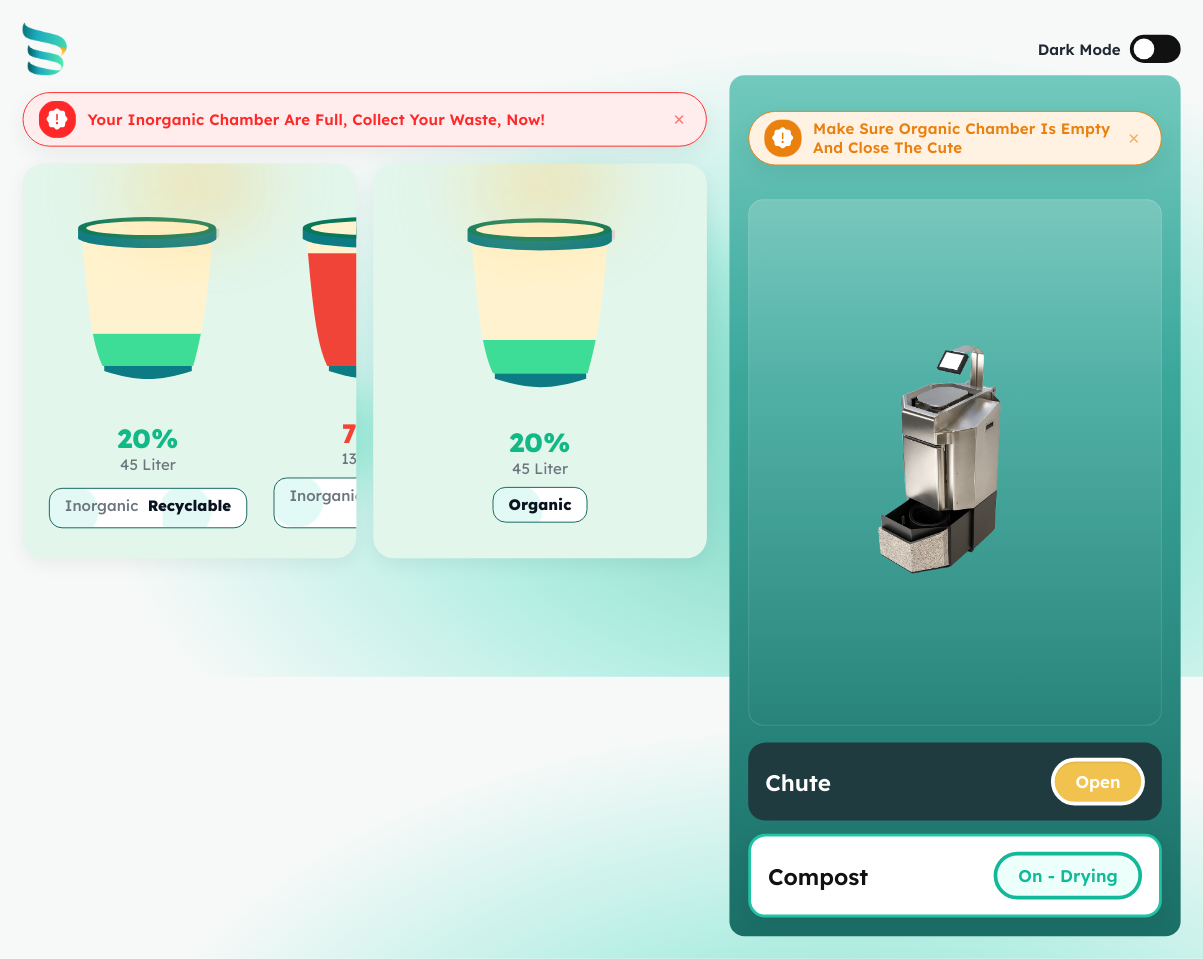
Repository: william-saputra/nusabin
Page: pages/homepage.html
These files come from the project's save history. The page is drawn as it stood at one moment and after the next save; the edit follows.
The browser window is 1280 px wide. The pictures show the whole page, at 94% of full size.
Backgrounds fixed to the window are drawn as part of the page.

Above is the page before, as saved 2025-08-12 23:37:03.

After the next save:
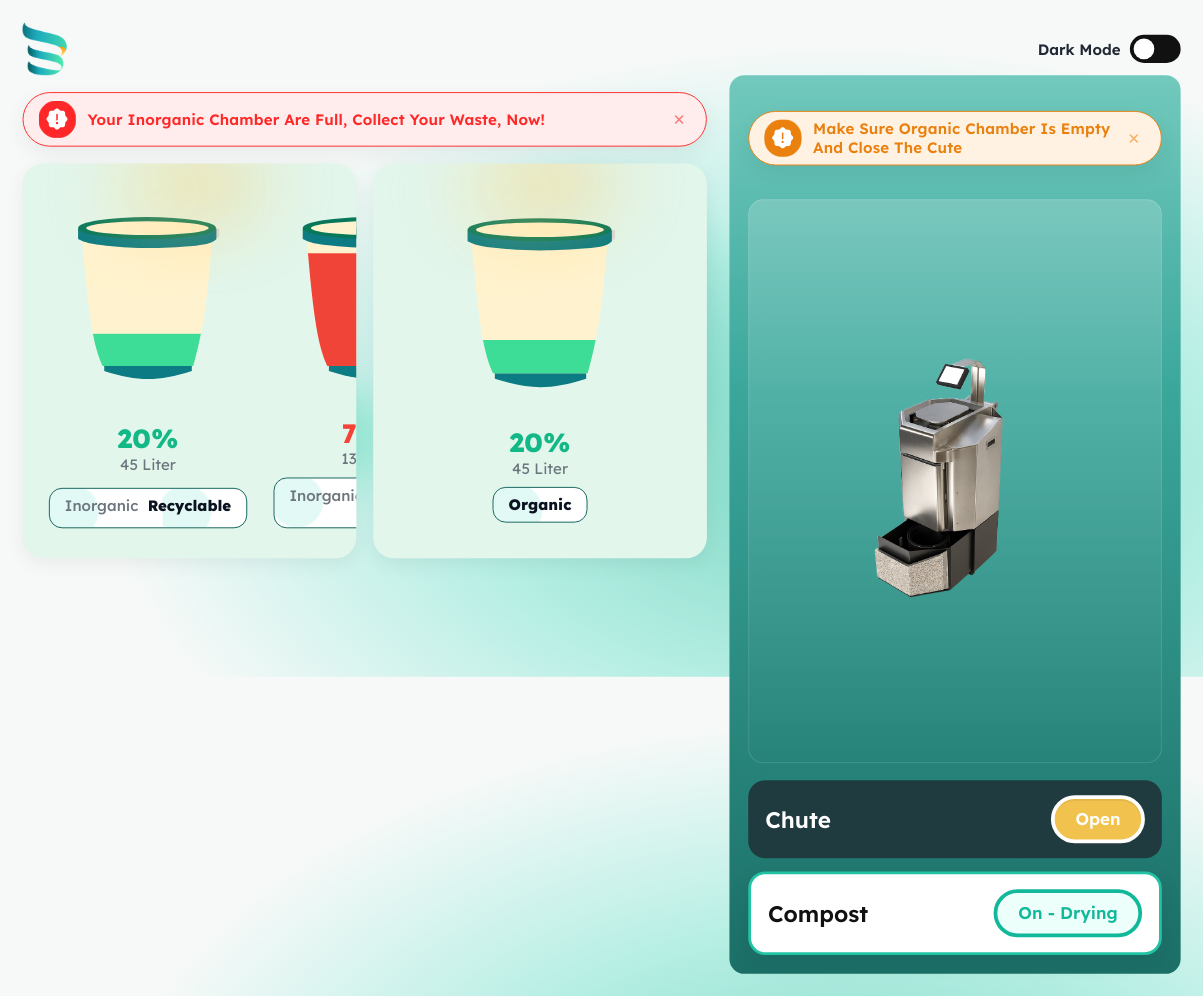
Saved 23 s later.
--- a/styles/base.css
+++ b/styles/base.css
@@ -79,8 +79,8 @@ input:checked + .slider:before { transform: translateX(24px); }
 
 .right-panel { display: grid; grid-template-rows: 1fr auto; gap: 18px; }
 .right-panel { background: linear-gradient(180deg, #72c9bd 0%, #3ba79b 35%, #1b6f67 100%); padding: 20px; border-radius: 16px; }
-.machine-wrapper { display: grid; place-items: center; background: linear-gradient(180deg, rgba(255,255,255,0.18), rgba(255,255,255,0)); border-radius: 16px; min-height: 560px; box-shadow: inset 0 0 0 1px rgba(255,255,255,0.15); }
-.machine { max-width: 92%; height: auto; object-fit: contain; }
+.machine-wrapper { display: grid; place-items: center; background: linear-gradient(180deg, rgba(255,255,255,0.18), rgba(255,255,255,0)); border-radius: 16px; min-height: 600px; box-shadow: inset 0 0 0 1px rgba(255,255,255,0.15); }
+.machine { max-width: 96%; height: auto; object-fit: contain; }
 
 .status-panel { background: transparent; border-radius: 16px; padding: 0; display: grid; gap: 16px; }
 .status-row { display: flex; align-items: center; justify-content: space-between; padding: 16px 18px; border-radius: 18px; }
